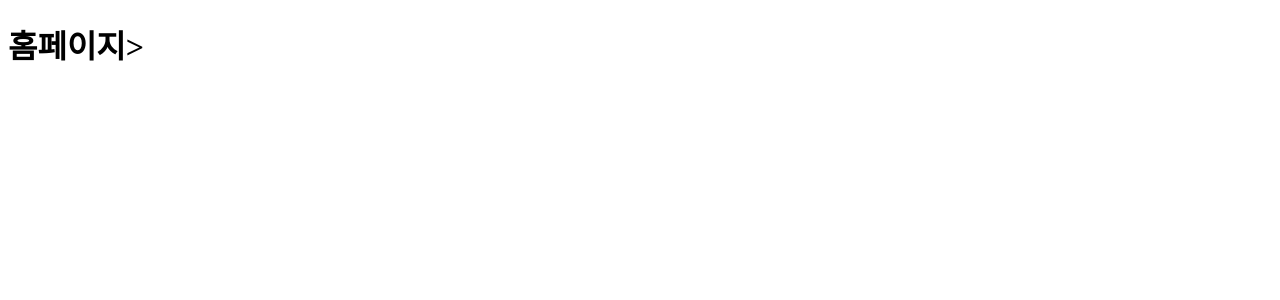
Repository: onlySaying/springStudy
Page: http://localhost/ex02/
These files come from the project's save history. The page is drawn as it stood at one moment and after the next save; the edit follows.
The browser window is 1280 px wide. The pictures show the whole page.
The page is served by Tomcat 9.

Above is the page before, as saved 2024-03-04 01:13:22.

After the next save:
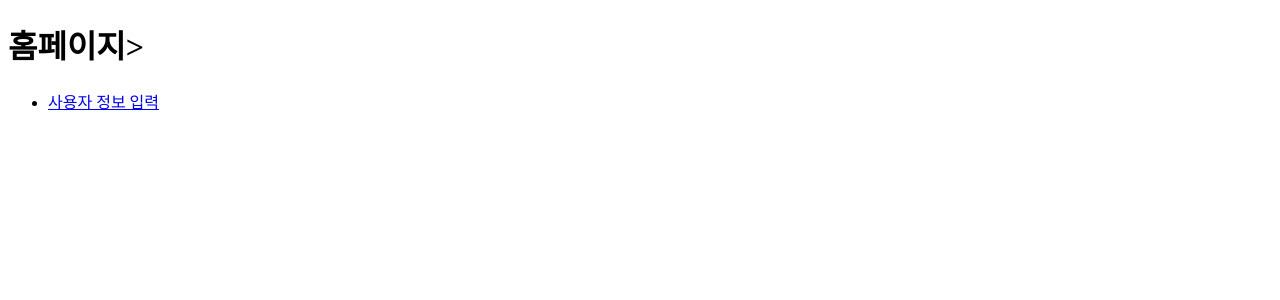
Saved 39 s later.
--- a/spring/week1/ex02/src/main/webapp/index.jsp
+++ b/spring/week1/ex02/src/main/webapp/index.jsp
@@ -8,6 +8,8 @@
 </head>
 <body>
 	<h1>홈페이지></h1>
-
+	<ul>
+		<li> <a href = "ch-1/input_form.jsp">사용자 정보 입력</a></li>
+	</ul>
 </body>
 </html>
